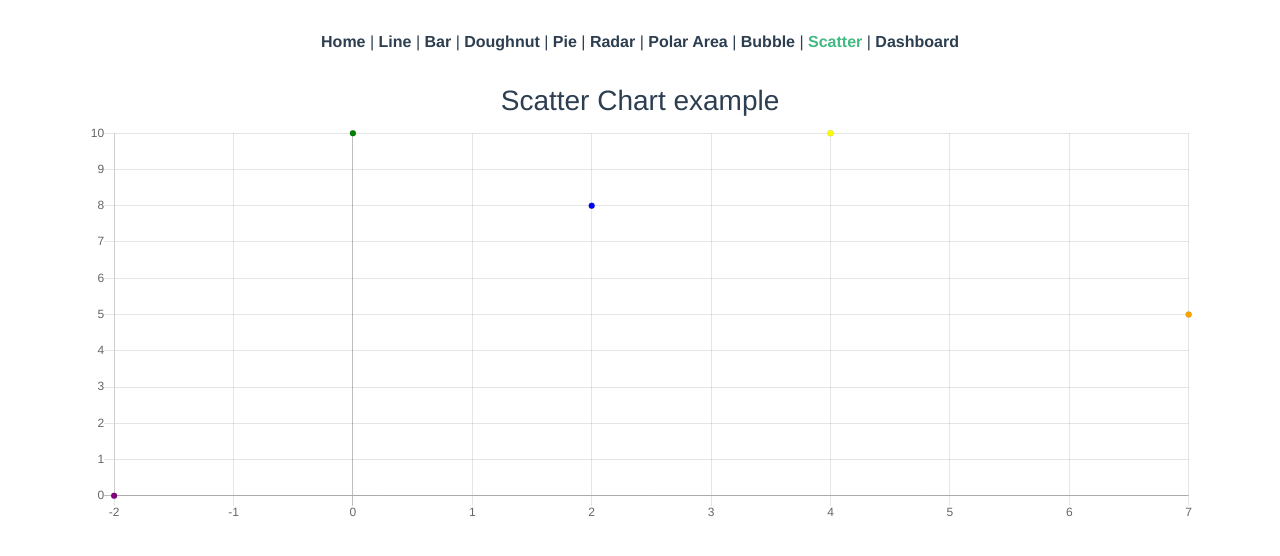
Repository: nashthecoder/vue_learn
Page: /scatter (app in client/)
The author's editor kept a copy of each file at every save. The page is drawn from the files as they stood at one save, then again after the next save.
The browser window is 1280 px wide. The pictures show the whole page.
The project was rebuilt for these pictures with package versions that can differ from the ones it lists, and the page was loaded fresh each time. Imported but missing from the stored project, and not drawn on this page: client/src/views/Home.vue.

Above is the page before, as saved 2020-12-18 18:17:36.

After the next save:
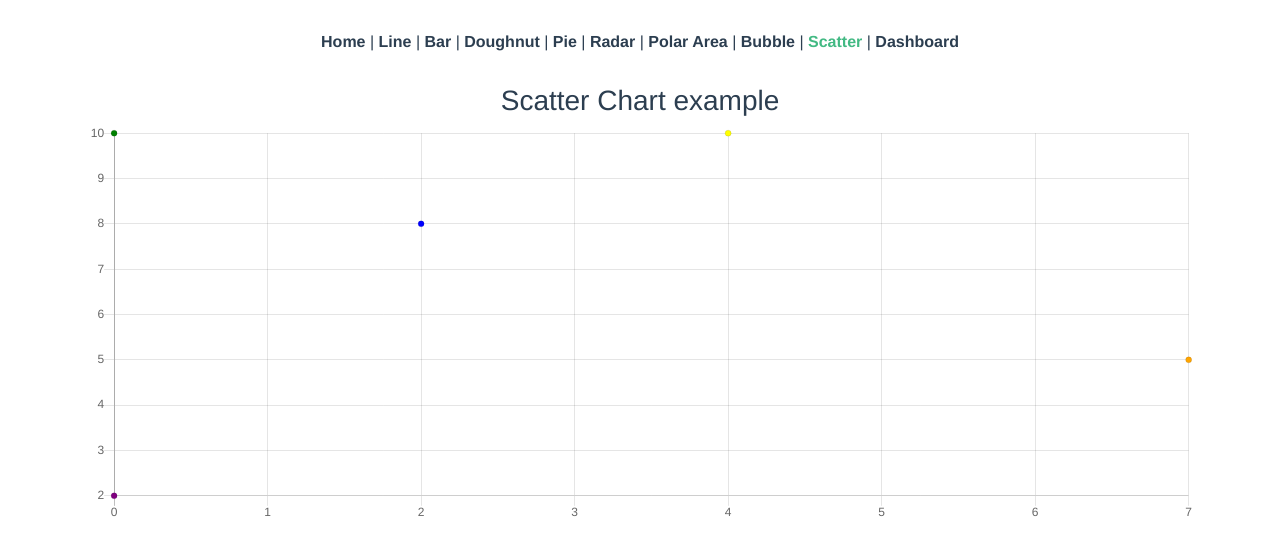
Saved 5 days later.
--- a/client/src/components/ScatterChart.vue
+++ b/client/src/components/ScatterChart.vue
@@ -34,7 +34,7 @@ export default {
               { x: 2, y: 8 },
               { x: 4, y: 10 },
               { x: 7, y: 5 },
-              { x: -2, y: 0 }
+              { x: 0, y: 2 }
             ]
           }
         ]
